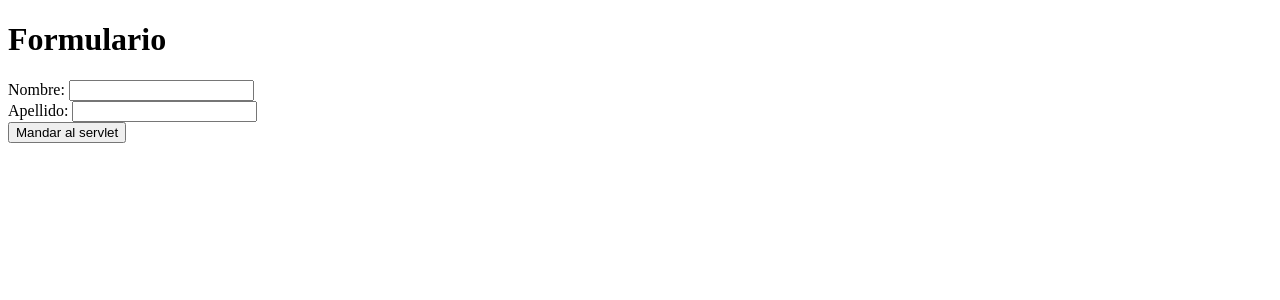
Repository: Pablosky971/Ejercicio-4.-Proyecto-Web
Page: 01_Web/src/main/webapp/formulario1.html
An editor plug-in stored every save of this project. The page is shown before and after the next save, followed by the edit.
The browser window is 1280 px wide. The pictures show the whole page.

Above is the page before, as saved 2022-03-10 09:43:42.

### 01_Web/src/main/webapp/formulario1.html
<!DOCTYPE html>
<html>
<head>
<meta charset="UTF-8">
<title>Formulario</title>
</head>
<body>
	<h1>Formulario</h1>
	<form action="FormularioServlet" method="post">

		Nombre: <input type="text" name="nombre"/>
		<br/>
		Apellido: <input type="text" name="apellido"/>
		<br/>
		<input type="submit" value="Mandar al servlet"/>
	</form>
</body>
</html>

After the next save:
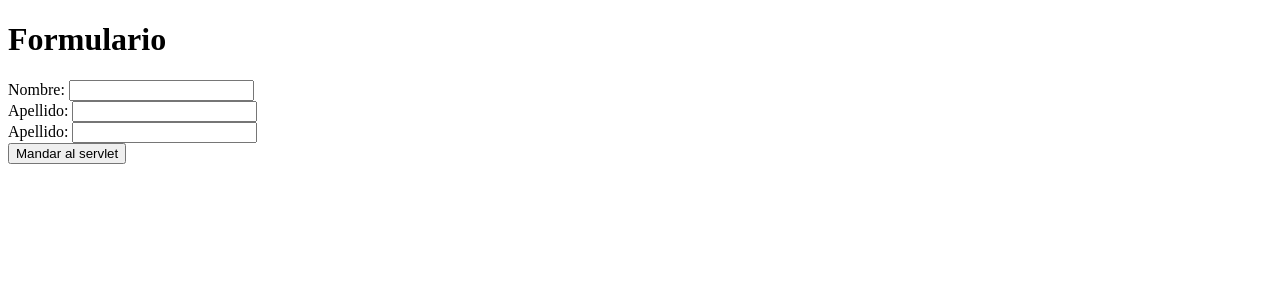
Saved 44 s later.
--- a/01_Web/src/main/webapp/formulario1.html
+++ b/01_Web/src/main/webapp/formulario1.html
@@ -12,6 +12,8 @@
 		<br/>
 		Apellido: <input type="text" name="apellido"/>
 		<br/>
+		Apellido: <input type="text" name="apellido"/>
+		<br/>
 		<input type="submit" value="Mandar al servlet"/>
 	</form>
 </body>
